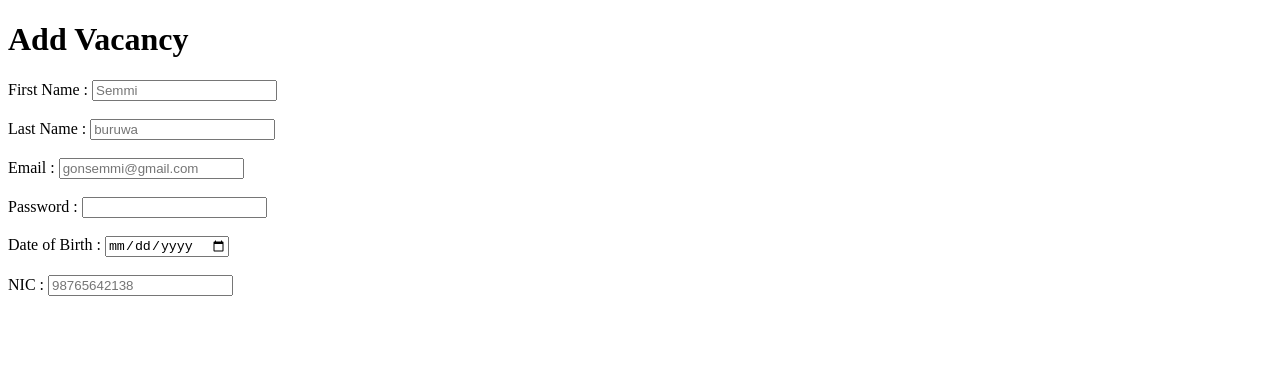
Repository: IT21221064/JobPortal
Page: http://localhost/JobApp/addProfile.jsp
An editor plug-in stored every save of this project. The page is shown before and after the next save, followed by the edit.
The browser window is 1280 px wide. The pictures show the whole page.
The page is served by Tomcat 9.

Above is the page before, as saved 2023-07-15 15:51:46.

### Project/JobApp/src/main/webapp/addProfile.jsp
<%@ page language="java" contentType="text/html; charset=ISO-8859-1"
    pageEncoding="ISO-8859-1"%>
<!DOCTYPE html>
<html>
<head>
<meta charset="ISO-8859-1">
<title>Insert title here</title>
</head>
<body>
<form method="post" action="#">
<h1>Add Vacancy</h1>
<label for="fname">First Name : </label>
<input type="text" name="fname" id="fname" placeholder="Semmi"><br><br>

<label for="lname">Last Name : </label>
<input type="text" name="lname" id="lname" placeholder="buruwa"><br><br>

<label for="email">Email : </label>
<input type="email" name="email" id="email" placeholder="gonsemmi@gmail.com"><br><br>

<label for ="pw">Password : </label>
<input type="password" name="pw" id="pw"><br><br>

<label for ="dob">Date of Birth : </label>
<input type="date" name="dob" id="dob"><br><br>

<label for ="nic">NIC : </label>
<input type="number" name="nic" id="nic" placeholder="98765642138"><br><br>
</form>

</body>
</html>

After the next save:
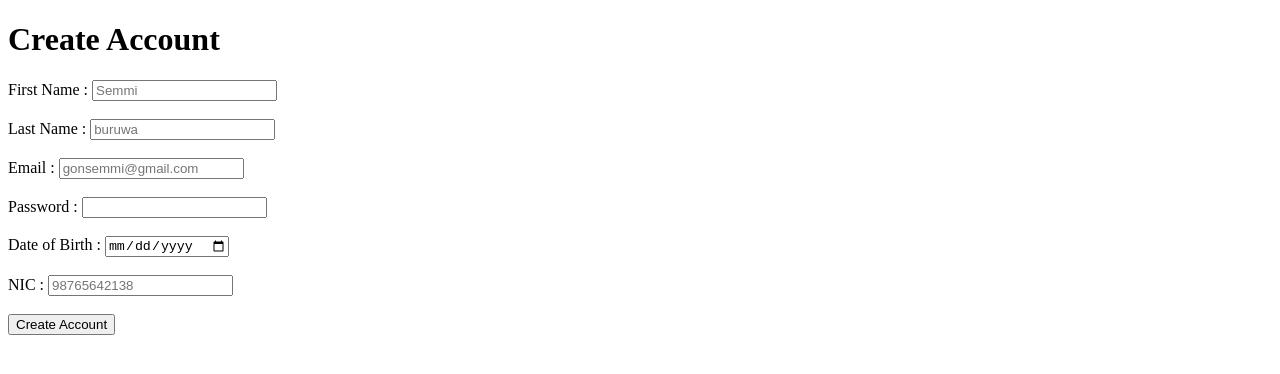
Saved 2 min 23 s later.
--- a/Project/JobApp/src/main/webapp/addProfile.jsp
+++ b/Project/JobApp/src/main/webapp/addProfile.jsp
@@ -8,7 +8,7 @@
 </head>
 <body>
 <form method="post" action="#">
-<h1>Add Vacancy</h1>
+<h1>Create Account</h1>
 <label for="fname">First Name : </label>
 <input type="text" name="fname" id="fname" placeholder="Semmi"><br><br>
 
@@ -26,6 +26,8 @@
 
 <label for ="nic">NIC : </label>
 <input type="number" name="nic" id="nic" placeholder="98765642138"><br><br>
+
+<input type="submit" value="Create Account">
 </form>
 
 </body>
